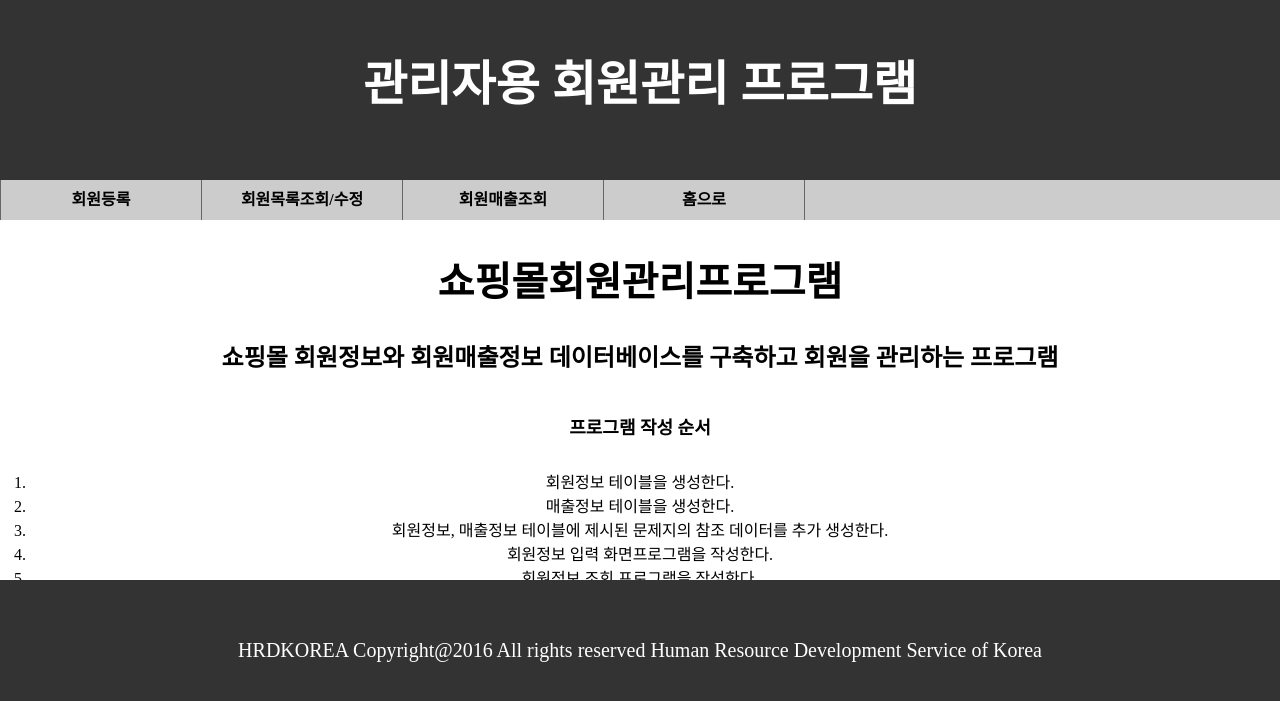
Repository: jsky1234/NCS
Page: http://localhost/HRD_1/admin.jsp
An editor plug-in stored every save of this project. The page is shown before and after the next save, followed by the edit.
The browser window is 1280 px wide. The pictures show the whole page.
The page is served by Tomcat 9. Other server files are loaded and not shown.

Above is the page before, as saved 2020-11-11 02:47:29.

### ncs1/HRD_1/WebContent/admin.jsp
<%@ page language="java" contentType="text/html; charset=UTF-8"
    pageEncoding="UTF-8"%>
<%@ include file="admin_header.jsp" %>
<style>
.main_help { text-align: center;}
</style>
<%@ include file="admin_nav.jsp" %>
<main class="content">
	<section class="page" id="page1">
		<h2 class="page_tit">쇼핑몰회원관리프로그램</h2>
		<div class="main_help">
			<h3 class="item_tit1">쇼핑몰 회원정보와 회원매출정보 데이터베이스를 구축하고 회원을 관리하는 프로그램</h3>
			<h3 class="item_tit2">프로그램 작성 순서</h3>
			<ol>
				<li>회원정보 테이블을 생성한다.</li>
				<li>매출정보 테이블을 생성한다.</li>
				<li>회원정보, 매출정보 테이블에 제시된 문제지의 참조 데이터를 추가 생성한다.</li>
				<li>회원정보 입력 화면프로그램을 작성한다.</li>
				<li>회원정보 조회 프로그램을 작성한다.</li>
				<li>회원매출정보 조회 프로그램을 작성한다.</li>
			</ol>
		</div>
	</section>
</main>
<%@ include file="admin_footer.jsp" %>

### ncs1/HRD_1/WebContent/admin_header.jsp
<%@ page language="java" contentType="text/html; charset=UTF-8"
    pageEncoding="UTF-8"%>
<!DOCTYPE html>
<html>
<head>
<meta charset="UTF-8">
<link rel="stylesheet" href="./css/main.css" />
<title>관리자 모드</title>
</head>
<body>
<header class="hd">
	<h2 class="tit">관리자용 회원관리 프로그램</h2>
</header>

### ncs1/HRD_1/WebContent/admin_nav.jsp
<%@ page language="java" contentType="text/html; charset=UTF-8"
    pageEncoding="UTF-8"%>
<nav class="gnb">
	<ul>
		<li><a href="memberIns.jsp">회원등록</a></li>
		<li><a href="">회원목록조회/수정</a></li>
		<li><a href="memberSearch.jsp">회원매출조회</a></li>
		<li><a href="admin.jsp">홈으로</a></li>
	</ul>
</nav>

### ncs1/HRD_1/WebContent/admin_footer.jsp
<%@ page language="java" contentType="text/html; charset=UTF-8"
    pageEncoding="UTF-8"%>
<footer class="ft">
	<div class="ft_wrap">
		<div class="admin_copy">
			<p class="copyright">HRDKOREA Copyright@2016 All rights reserved Human Resource Development Service of Korea</p>
		</div>
	</div>
</footer>
</body>
</html>

### ncs1/HRD_1/WebContent/css/main.css
@charset "UTF-8";

* { margin: 0; padding: 0; }
body, html { width: 100%; height: 100%; }
ul { list-style : none; }
a { text-decoration: none; }
button, label, input { outline: 0; border: 0;  }
img { border: 0; }
ol { padding: 30px; }

.hd { clear: both; min-height: 180px; background-color: #333; }
.tit { font-size: 48px; text-align: center; line-height: 140px; color: #fff; padding-top: 15px;}
.gnb { clear: both; height: 40px; background-color: #cccccc; }
.gnb li { float: left; min-width: 120px; width: auto; }
.gnb a { display:block; text-align: center; line-height: 40px; width: 200px; height: 40px; color: #000000; font-weight: 700; border-left: 1px solid #666666; }
.gnb li:last-child { border-right: 1px solid #666666; }

.page { clear: both; padding: 30px 0 30px 0; }
.page_tit { text-align: center; font-size: 40px; }
.item_tit1 { font-size: 24px; margin-top: 30px; }
.item_tit2 { font-size: 18px; margin-top: 40px;}

.ft { clear: both; position: absolute;  width: 100%; bottom: 0; min-height:80px; height: 140px; background-color: #333; }
.copyright { color: #fff; font-size: 20px; text-align: center; margin-top: 20px; line-height: 100px;}

After the next save:
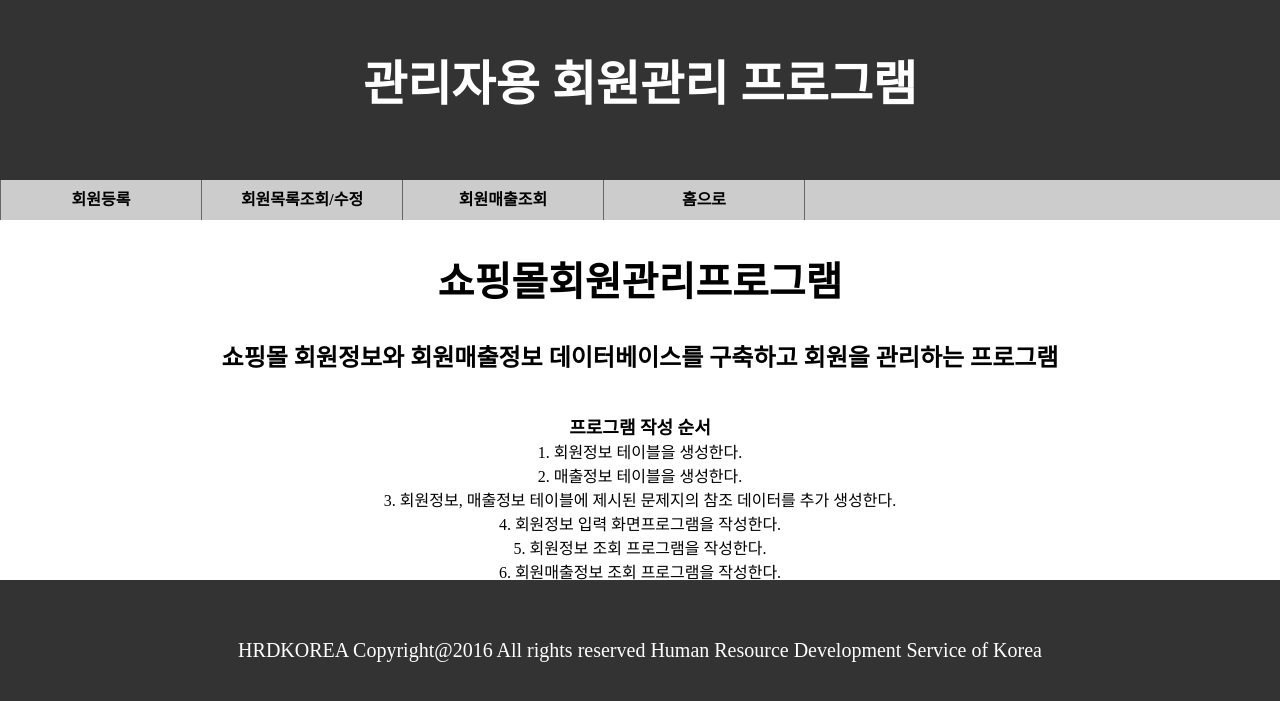
Saved 33 s later.
--- a/ncs1/HRD_1/WebContent/admin.jsp
+++ b/ncs1/HRD_1/WebContent/admin.jsp
@@ -11,14 +11,14 @@
 		<div class="main_help">
 			<h3 class="item_tit1">쇼핑몰 회원정보와 회원매출정보 데이터베이스를 구축하고 회원을 관리하는 프로그램</h3>
 			<h3 class="item_tit2">프로그램 작성 순서</h3>
-			<ol>
-				<li>회원정보 테이블을 생성한다.</li>
-				<li>매출정보 테이블을 생성한다.</li>
-				<li>회원정보, 매출정보 테이블에 제시된 문제지의 참조 데이터를 추가 생성한다.</li>
-				<li>회원정보 입력 화면프로그램을 작성한다.</li>
-				<li>회원정보 조회 프로그램을 작성한다.</li>
-				<li>회원매출정보 조회 프로그램을 작성한다.</li>
-			</ol>
+			<ul>
+				<li>1. 회원정보 테이블을 생성한다.</li>
+				<li>2. 매출정보 테이블을 생성한다.</li>
+				<li>3. 회원정보, 매출정보 테이블에 제시된 문제지의 참조 데이터를 추가 생성한다.</li>
+				<li>4. 회원정보 입력 화면프로그램을 작성한다.</li>
+				<li>5. 회원정보 조회 프로그램을 작성한다.</li>
+				<li>6. 회원매출정보 조회 프로그램을 작성한다.</li>
+			</ul>
 		</div>
 	</section>
 </main>
